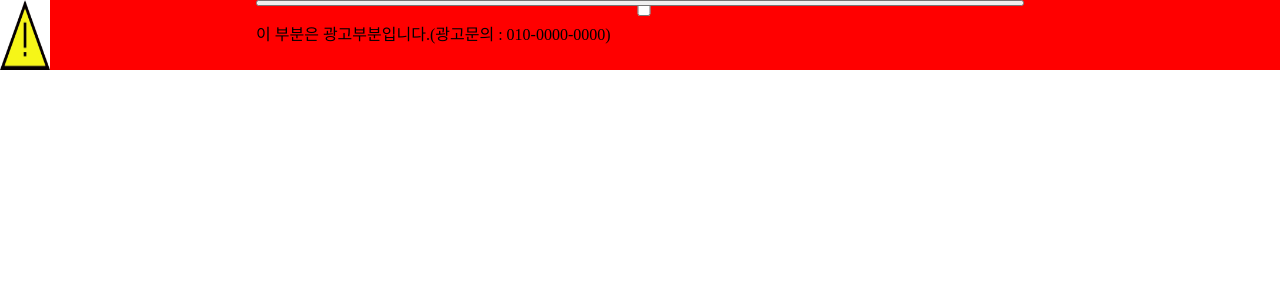
Repository: leehyeonung/myproject
Page: http://localhost/myproject/
These files come from the project's save history. The page is drawn as it stood at one moment and after the next save; the edit follows.
The browser window is 1280 px wide. The pictures show the whole page.
The page is served by Tomcat 9.

Above is the page before, as saved 2023-03-15 10:49:20.

After the next save:
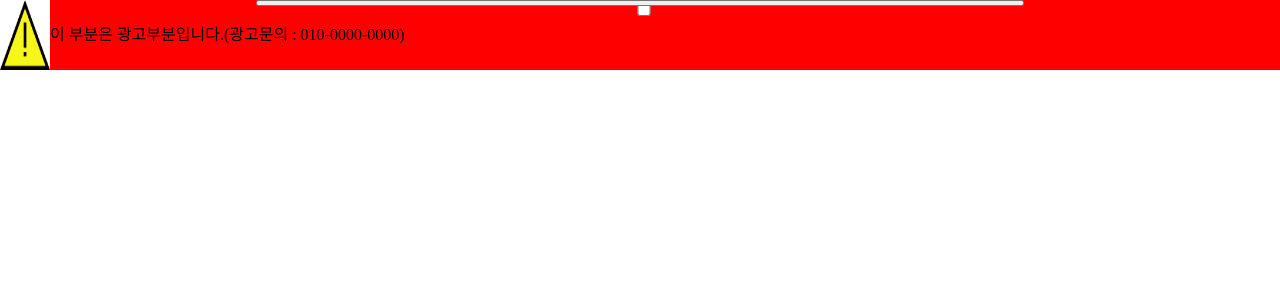
Saved 18 s later.
--- a/myproject/src/main/webapp/resources/css/header.css
+++ b/myproject/src/main/webapp/resources/css/header.css
@@ -18,6 +18,9 @@
 	background-color: red;
 	line-height: 70px;
 }
+.ad_text{
+	left:50px;
+}
 header{
 
 }
